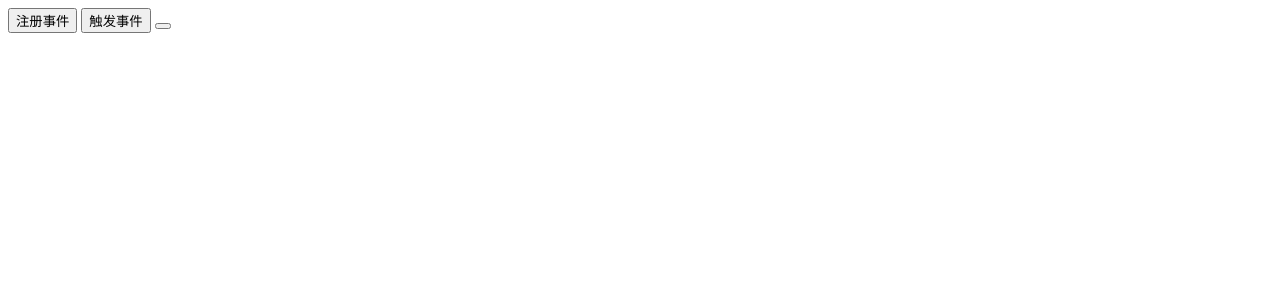
Repository: zwf021123/MyNote
Page: 面试/code/工厂模式/2-发布订阅模式.html
The author's editor kept a copy of each file at every save. The page is drawn from the files as they stood at one save, then again after the next save.
The browser window is 1280 px wide. The pictures show the whole page.

Above is the page before, as saved 2024-02-16 16:15:00.

After the next save:
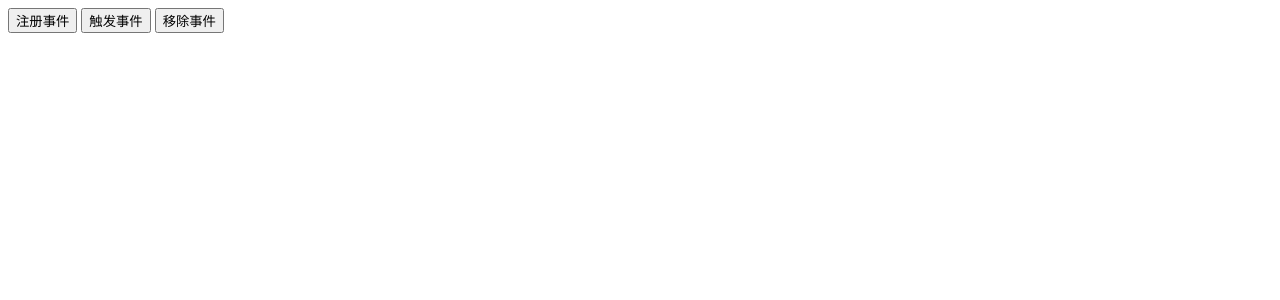
Saved 9 s later.
--- a/面试/code/工厂模式/2-发布订阅模式.html
+++ b/面试/code/工厂模式/2-发布订阅模式.html
@@ -8,7 +8,8 @@
 <body>
   <button class="on">注册事件</button>
   <button class="emit">触发事件</button>
-  <button class="off"></button>
+  <button class="off">移除事件</button>
+
   <script>
     class MyBus {
       // 存储事件及其回调函数
